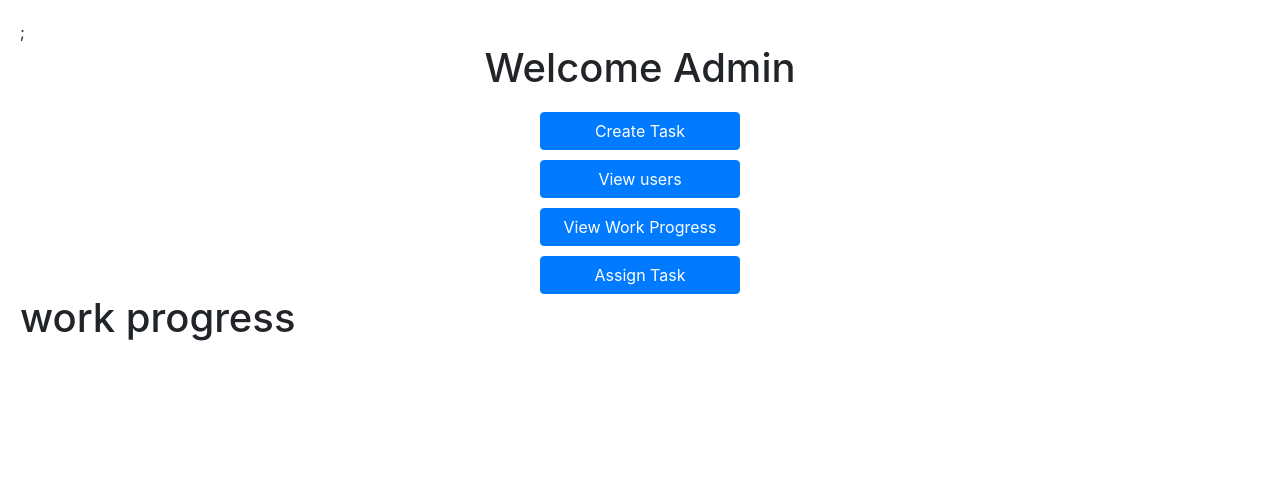
Repository: neha-rouniyar/taskmgmt
Page: http://localhost/admin/view-work-progress
These files come from the project's save history. The page is drawn as it stood at one moment and after the next save; the edit follows.
The browser window is 1280 px wide. The pictures show the whole page.
Some web libraries are served in a nearby version. The page is served by the project's Laravel application, run on PHP 8.4 with Laravel 10. Other server files are loaded and not shown.

Above is the page before, as saved 2023-12-16 00:04:14.

### routes/web.php
<?php

use App\Http\Controllers\AdminController;
use App\Http\Controllers\AssignTaskController;
use Illuminate\Support\Facades\Route;
use App\Http\Controllers\LoginController;
use App\Models\AssignTask;

/*
|--------------------------------------------------------------------------
| Web Routes
|--------------------------------------------------------------------------
|
| Here is where you can register web routes for your application. These
| routes are loaded by the RouteServiceProvider and all of them will
| be assigned to the "web" middleware group. Make something great!
|
*/

Route::get('/', function () {
    return view('welcome');
});
Route::get('/login-form',[LoginController::class,'index'])->name('login.form');
Route::post('/login-form-submit',[LoginController::class,'loginFormSubmit'])->name('login.form.submit');




Route::get('/register-form',[LoginController::class,'index2'])->name('register.form');
Route::post('/register-form-submit',[LoginController::class,'registerFormSubmit'])->name('register.form.submit');


//user dashboard
Route::get('/user-dashboard',[LoginController::class,'userDashboard'])->name('user.dashboard');
Route::get('/admin-dashboard',[LoginController::class,'adminDashboard'])->name('admin.dashboard');


//admin
Route::get('/admin/view-users',[AdminController::class,'viewUsers'])->name('admin.view.users');
Route::get('/admin/create-task',[AdminController::class,'createTask'])->name('admin.create.task');
Route::get('/admin/view-work-progress',[AdminController::class,'viewWorkProgress'])->name('admin.view.workprogress');

//admin-task
Route::post('/admin/task-submit',[AdminController::class,'taskSubmit'])->name('admin.task.submit');
Route::get('/admin/edit-task/{id}',[AdminController::class,'taskEdit'])->name('task.edit');
Route::post('/admin/update-task/{id}',[AdminController::class,'taskUpdate'])->name('task.update');
Route::get('/admin/delete-task/{id}',[AdminController::class,'taskDelete'])->name('task.delete');
Route::get('/admin/task-assign',[AdminController::class,'taskAssign'])->name('admin.task.assign');
Route::post('/admin/task-assign-submit',[AdminController::class,'taskAssignSubmit'])->name('admin.task.assign.submit');




//user-task
Route::get('/user-view-assgned-task',[AssignTaskController::class,'viewTaskAssigned'])->name('user.view.assigned.task');
Route::get('/verify-email/{token}',[AdminController::class,'verifyEmail'])->name('verify.email');


Route::get('/user/accept-task/{id}',[AssignTaskController::class,'acceptTask'])->name('accept.task');
Route::get('/user/reject-task/{id}',[AssignTaskController::class,'rejectTask'])->name('reject.task');
Route::get('/user/task-complete/{id}',[AssignTaskController::class,'completeTask'])->name('task.complete');

### app/Http/Controllers/AdminController.php
<?php

namespace App\Http\Controllers;

use App\Models\AssignTask;
use App\Models\EmailVerification;
use App\Models\Task;
use App\Models\User;
use Carbon\Carbon;
use Illuminate\Http\Request;

class AdminController extends Controller
{
    public function viewUsers()
    {
        $users=User::all()->where('usertype','regular');
        // dd($users);
        return view('admin.viewUsers',compact('users'));
    }
    public function createTask()
    {
        $tasks=Task::all();
        return view('admin.task.create',compact('tasks'));
    }
    public function viewWorkProgress()
    {
        return view('admin.task.workprogress');
    }
    public function taskSubmit(Request $request)
    {
        $data=$request->validate([
            'heading'=>'required'
        ]);
        $task=new Task();
        $task->task_heading=$data['heading'];
        $task->save();
        return back()->with('success','Task Created Successfully');
    }
    public function taskEdit(Request $request)
    {
        $data=Task::find($request->id);
        return view('admin.task.edit',compact('data'));
    }
    public function taskUpdate(Request $request)
    {
        $rule=$request->validate([
            'heading'=>'required'
        ]);
        $data=Task::find($request->id);
        $data->task_heading=$rule['heading'];
        $data->save();
        return redirect()->route('admin.create.task')->with('update','Task Updated Successfully');
    }
    public function taskDelete(Request $request)
    {
        $data=Task::find($request->id);
        $data->status=1;
        $data->save();
        return back()->with('delete','Task Deleted Successfully');

    }
    public function taskAssign()
    {
        $task=Task::all()->where('status',0);
        $users=User::all()->where('usertype','regular');
        return view('admin.task.assign',compact('users','task'));
    }
    public function taskAssignSubmit(Request $request)
    {
        $taskAssign=new AssignTask();
        $taskAssign->task_id=$request->task;
        $taskAssign->user_id=$request->user;
        $taskAssign->save();
        return back()->with('message','Task Assigned to user... Waiting to be verified');
    }
    public function verifyEmail(Request $request,$id)
    {
        $token=$request->token;
        $userData=User::where('token',$token)->first();
        $emailVerificationData=EmailVerification::where('token',$token)->first();
        $time=Carbon::now();
        $currentTime=$time->toDateTimeString();
        if($userData->token == $emailVerificationData->token){
            if($emailVerificationData->expiry_at > $currentTime)
            {
                $userId=$userData->id;
                $userData=User::find($userId);
                $userData->status=1;
                $userData->save();
                return redirect('/login-form')->with('msgs','Please login to continue');
            }else{
                return redirect()->route('register.form')->with('linkExpiry','Your Link to email verification failed. Please Register Again');
            }
        }
    }
    // php artisan serve --port=443 --to run in https port
}

### resources/views/admin/task/workprogress.blade.php
@extends('admin.dashboard');
@section('admin-content')

<h1>work progress</h1>

@endsection

### resources/views/admin/dashboard.blade.php
<!doctype html>
<html lang="en">
  <head>
    <!-- Required meta tags -->
    <meta charset="utf-8">
    <meta name="viewport" content="width=device-width, initial-scale=1, shrink-to-fit=no">

    <!-- Bootstrap CSS -->
    <link rel="stylesheet" href="https://cdn.jsdelivr.net/npm/bootstrap@4.0.0/dist/css/bootstrap.min.css" integrity="sha384-Gn5384xqQ1aoWXA+058RXPxPg6fy4IWvTNh0E263XmFcJlSAwiGgFAW/dAiS6JXm" crossorigin="anonymous">
    <style>
      body {
          padding: 20px;
      }

      h1 {
          margin-bottom: 20px;
      }

      .btn-container {
          display: flex;
          flex-direction: column;
          gap: 10px;
      }

      .btn-container a {
          text-decoration: none;
      }

      .btn {
          width: 200px;
      }
  </style>
    <title>Hello, world!</title>
  </head>
  <body>
    <div class="container text-center">
        <h1>Welcome Admin</h1>
        <div class="btn-container">
            <a href="{{route('admin.create.task')}}">
                <button type="button" class="btn btn-primary">Create Task</button>
            </a>
            <a href="{{route('admin.view.users')}}">
                <button type="button" class="btn btn-primary">View users</button>
            </a>
            <a href="{{route('admin.view.workprogress')}}">
                <button type="button" class="btn btn-primary">View Work Progress</button>
            </a>
            <a href="{{route('admin.task.assign')}}">
                <button type="button" class="btn btn-primary">Assign Task</button>
            </a>
        </div>
    </div>
    @yield('admin-content')
    <script src="https://code.jquery.com/jquery-3.2.1.slim.min.js" integrity="sha384-KJ3o2DKtIkvYIK3UENzmM7KCkRr/rE9/Qpg6aAZGJwFDMVNA/GpGFF93hXpG5KkN" crossorigin="anonymous"></script>
    <script src="https://cdn.jsdelivr.net/npm/popper.js@1.12.9/dist/umd/popper.min.js" integrity="sha384-ApNbgh9B+Y1QKtv3Rn7W3mgPxhU9K/ScQsAP7hUibX39j7fakFPskvXusvfa0b4Q" crossorigin="anonymous"></script>
    <script src="https://cdn.jsdelivr.net/npm/bootstrap@4.0.0/dist/js/bootstrap.min.js" integrity="sha384-JZR6Spejh4U02d8jOt6vLEHfe/JQGiRRSQQxSfFWpi1MquVdAyjUar5+76PVCmYl" crossorigin="anonymous"></script>
</body>
</html>

Loaded but not shown: app/Http/Controllers/Controller.php (common file)

After the next save:
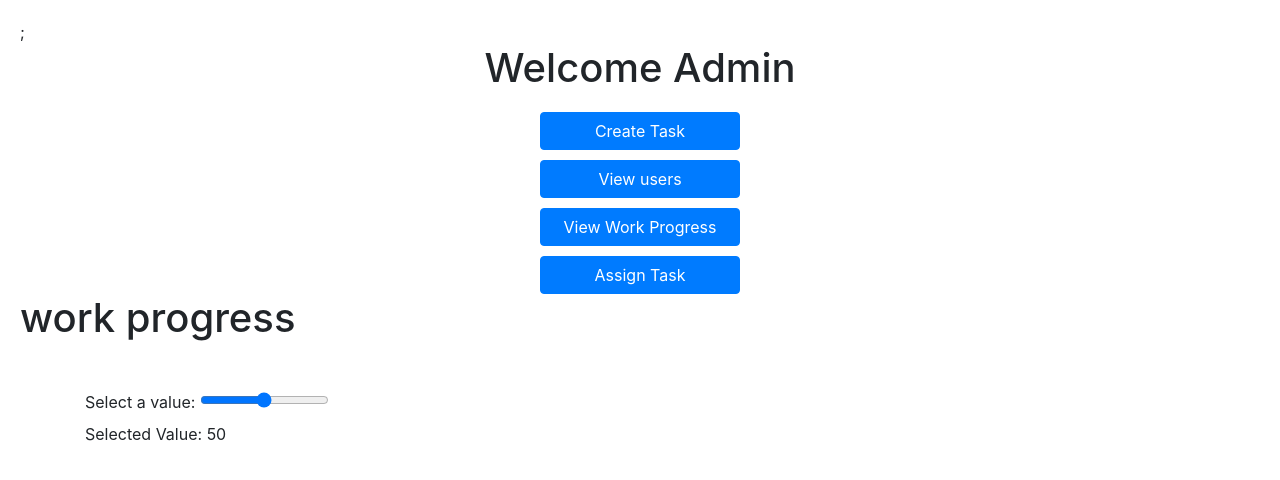
Saved 9 h 58 min later.
--- a/resources/views/admin/task/workprogress.blade.php
+++ b/resources/views/admin/task/workprogress.blade.php
@@ -2,5 +2,11 @@
 @section('admin-content')
 
 <h1>work progress</h1>
+<div class="container mt-5">
+    <label for="rangeSlider">Select a value:</label>
+    <input type="range" class="custom-range" id="rangeSlider" min="0" max="100" step="1" value="50">
+    <p id="selectedValue">Selected Value: 50</p>
+</div>
+
 
 @endsection
